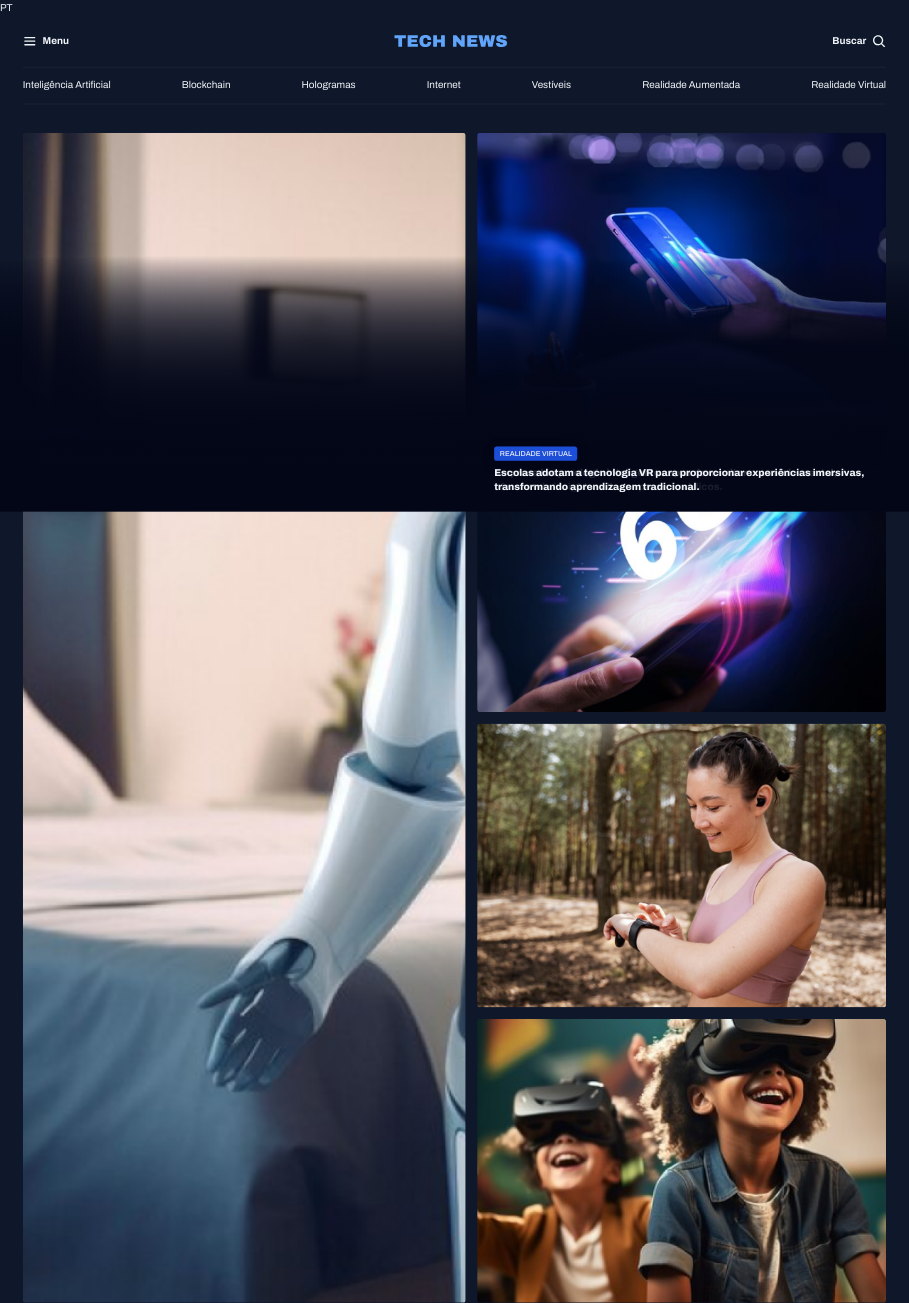
Repository: JeffRodFer/portalDeNoticias
Page: index.html
These files come from the project's save history. The page is drawn as it stood at one moment and after a run of saves; the edit follows.
The browser window is 1280 px wide. The pictures show the whole page, at 71% of full size.

Above is the page before, as saved 2025-04-15 22:13:40.

After the next 2 saves:
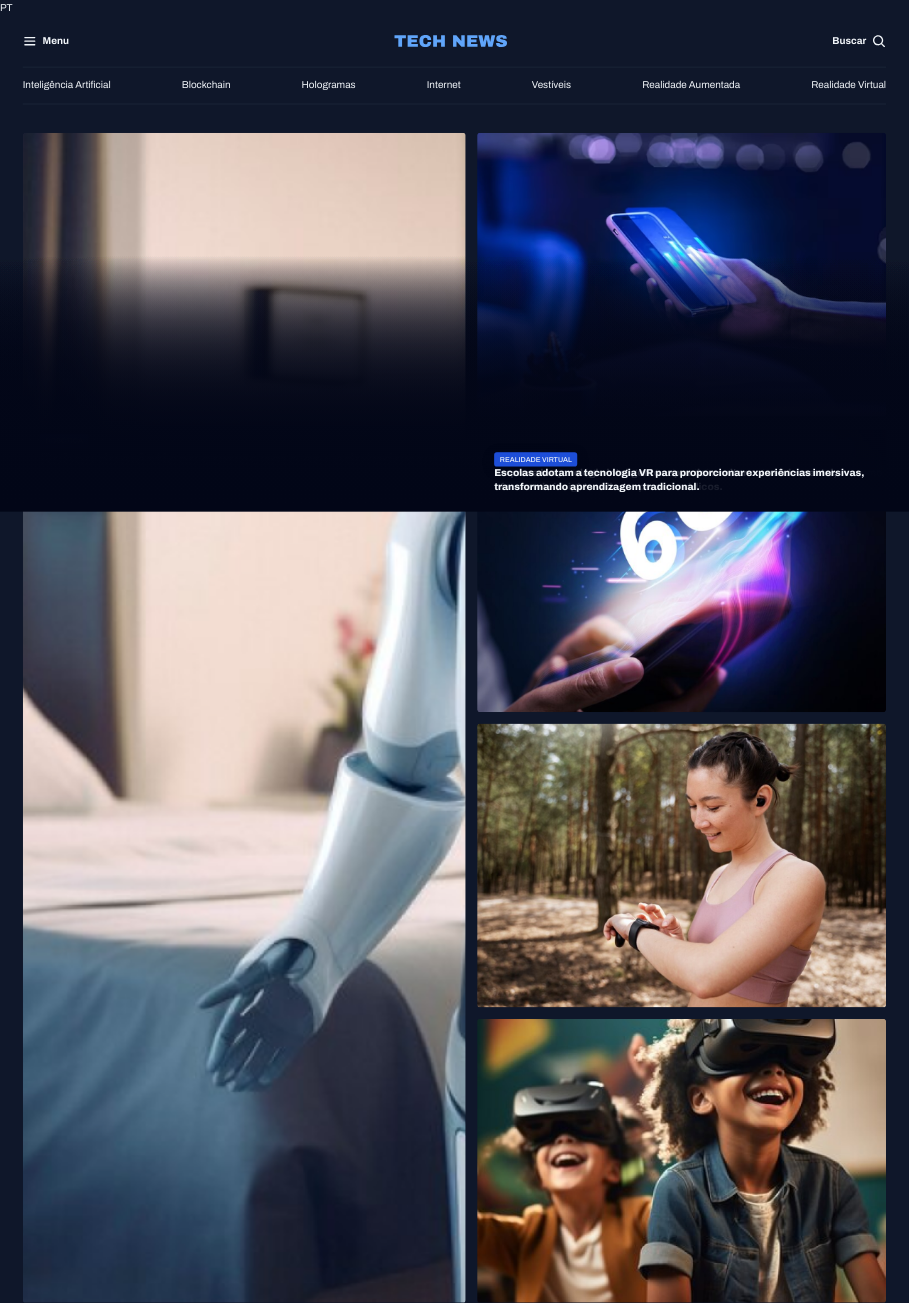
The 2 saves are shown as one change because they came seconds apart.
The last was saved 9 s later.
--- a/styles/sections.css
+++ b/styles/sections.css
@@ -26,7 +26,7 @@
 
     padding: 24px;
 
-
+    &::
 
     h2 {
       margin-top: 8px;
